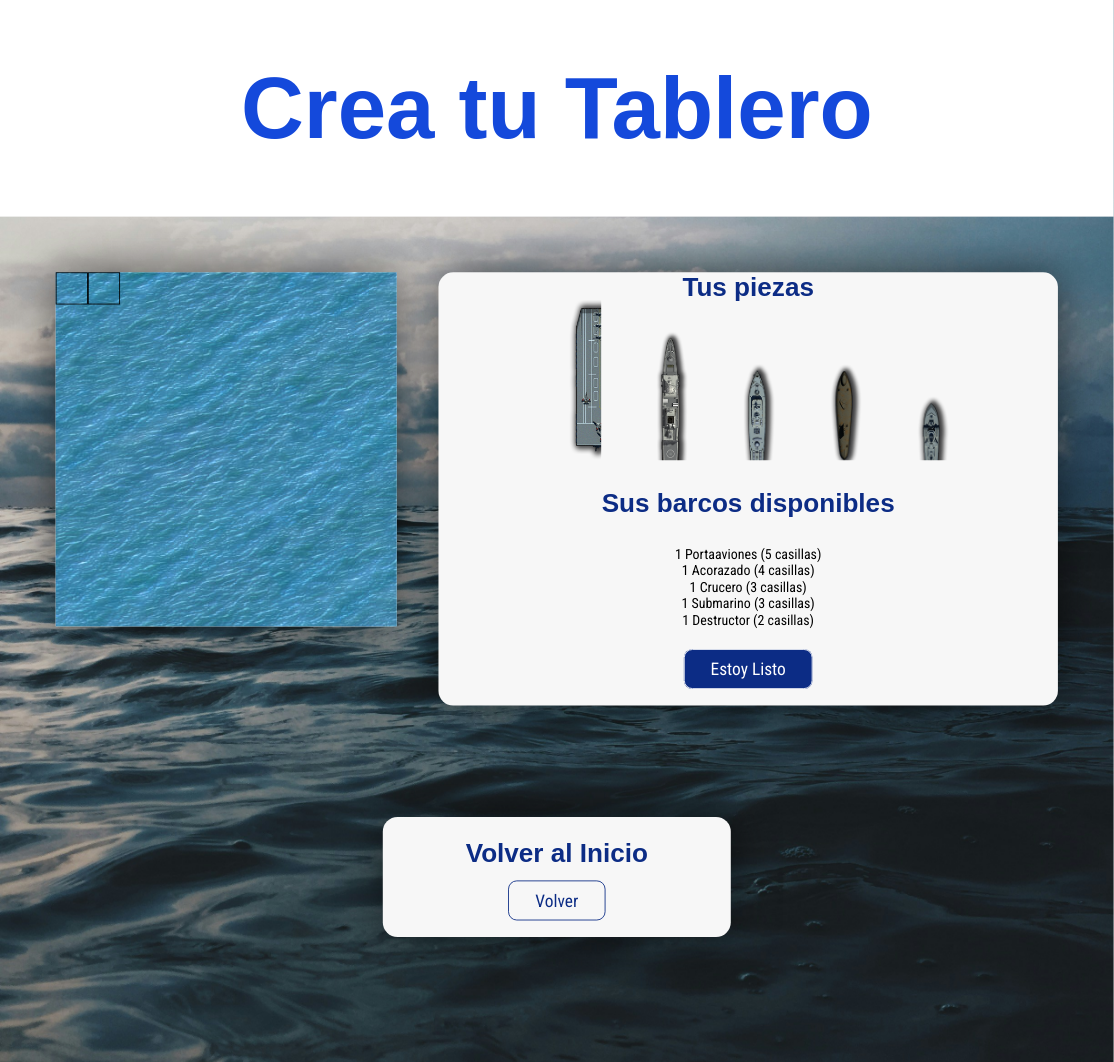
Repository: alfredorndon/taller-web-grupal
Page: client/tablero-barcos.html
An editor plug-in stored every save of this project. The page is shown before and after the next save, followed by the edit.
The browser window is 1280 px wide. The pictures show the whole page, at 87% of full size.
Some web fonts or font styles are not loaded; a fallback is used.

Above is the page before, as saved 2024-12-11 16:03:39.
Console error: ReferenceError: K is not defined

### client/tablero-barcos.html
<!DOCTYPE html>
<html lang="es-VE">
<head>
    <meta charset="UTF-8"/>
    <meta name="viewport" content="width=device-width, initial-scale=1.0"/>
    <meta author="Oscar Manrique"/>
    <meta name="description" content="Este es un juego de Batalla Naval" />
    <meta name="keywords" content="Batalla Naval, juego, taller, semestre" />
    <meta name="robots" content="index,follow" />
    <title>Batalla Naval | Tablero Barcos</title>
    <link rel="icon" href="https://seguropordias.com/img/contenido/barco-famoso-titanic.jpg" type="image/png" size="16x16 32x32 64x64" />
    <link rel="stylesheet" href="styles/styles.css" type="text/css"/>
    <link rel="stylesheet" href="styles/tablero-barcos-styles.css" type="text/css"/>
</head>
<body>
    <div class="main-container">
        <header>
            <div id="crea-tu-tablero"><h1>Crea tu Tablero</h1></div>
        </header>
        <main>
            <section id="creacion">
                <div class="tablero" id="tabla-p1"></div>
                <div id="piezas">
                    <h2>Tus piezas</h2>
                    <div>
                        <div class="pieza-portaavion"></div>
                        <div class="pieza-acorazado"></div>
                        <div class="pieza-crucero"></div>
                        <div class="pieza-submarino"></div>
                        <div class="pieza-destructor"></div>
                    </div>
                    <h2>Sus barcos disponibles</h2>
                    <section id="preparacion">
                        <ul id="lista-barcos">
                            <li id="portaavion">1 Portaaviones (5 casillas)</li>
                            <li id="acorazado">1 Acorazado (4 casillas)</li>
                            <li id="crucero">1 Crucero (3 casillas)</li>
                            <li id="submarino">1 Submarino (3 casillas)</li>
                            <li id="destructor">1 Destructor (2 casillas)</li>
                        </ul>
                        <a href="juego.html">Estoy Listo</a>
                    </section>
                </div>
            </section>
            <section id="volver-inicio">
                <h2>Volver al Inicio</h2>
                <a href="inicio.html">Volver</a>
            </section>
        </main>
    </div>
    <script src="script/script.js" type="text/javascript"></script>
</body>
</html>

### client/styles/styles.css
@import url('https://fonts.googleapis.com/css2?family=Jaro:opsz@6..72&family=Roboto+Condensed:ital,wght@0,100..900;1,100..900&display=swap');

:root {
    --font-family: 'Roboto Condensed', Helvetica, sans-serif;

    --tablero-width: 400px;
    --tablero-height: auto;
    --tablero-padding: 60px;
    --tablero-gap: 0;
    --tablero-columns: 10;
    --tablero-rows: 10;

    --position-bg-color: #F7F7F7;
    --position-header-bg-color: #0C2C85;
    --position-border-color: black;
    --position-border-style: solid;
    --position-border-width: 1px;
    --position-width: 35px;
    --position-height: 35px;
}

.tablero {
    font-family: var(--font-family);
    position: relative;
    display: grid;
    grid-template-columns: repeat(calc(var(--tablero-columns) + 1), 1fr);
    grid-template-rows: repeat(calc(var(--tablero-columns) + 1), 1fr);
    gap: var(--tablero-gap);
    padding-right: 5.5px;
    max-width: var(--tablero-width);
    height: var(--tablero-height);
    background: var(--position-bg-color);
    box-shadow: 0px 0px 50px #0009;
    background:#F7F7F7 url('/taller-web-grupal/images/sea.jpg') 0 0 no-repeat;
    overflow: visible;
}

.tablero-juego{
    padding: 60px;
    background-color: white;
    border-radius: 10px;
}

.tablero-juego h2 {
    top: -10px;
    left: 204px;
    padding:0;
}

.position {
    display: flex;
    border: var(--position-border-width) var(--position-border-style) var(--position-border-color);
    align-items: center;
    justify-content: center;
    width: var(--position-width);
    height: var(--position-height);
    overflow: visible;
    position: relative;
}

.table-head {
    color:white;
    background: var(--position-header-bg-color);
}

.barco-portaaviones {
    background: transparent url('../images/ship0.png') 0 0 no-repeat;
    background-size: cover;
    text-indent: 150%;
    white-space: nowrap;
    overflow: hidden;
}

.barco-portaaviones.tile-2{
    background-position: 0 calc(var(--position-height) * -1);
}
.barco-portaaviones.tile-3{
    background-position: 0 calc(var(--position-height) * -1.1);
}

.barco-portaaviones.tile-4{
    background-position: 0 calc(var(--position-height) * -1.2);
}

.barco-portaaviones.tile-5{
    background-position: 0 calc(var(--position-height) * -1.4);
}
.barco-crucero{
    background: transparent url('/taller-web-grupal/images/ship3.png') 0 0 no-repeat;
    background-size: cover;
    text-indent: 150%;
    white-space: nowrap;
    overflow: hidden;
}

.barco-crucero.tile-2{
    background-position: 0 calc(var(--position-height) * -1);
}

.barco-crucero.tile-3{
    background-position: 0 calc(var(--position-height) * -2.3);
}

.barco-acorazado {
    background: transparent url('/taller-web-grupal/images/ship1.png') 0 0 no-repeat;
    background-size: cover;
    text-indent: 150%;
    white-space: nowrap;
    overflow: hidden;
}

.barco-acorazado.tile-2 {
    background-position: 0 calc(var(--position-height) * -1);
}

.barco-acorazado.tile-3 {
    background-position: 0 calc(var(--position-height) * -2.3);
}

.barco-acorazado.tile-4 {
    background-position: 0 calc(var(--position-height) * -3.4);
}

.barco-submarino{
    background: transparent url('../images/ship4.png') 0 0 no-repeat;
    background-size: cover;
    text-indent: 150%;
    white-space: nowrap;
    overflow: hidden;
}

.barco-submarino.tile-2{
    background-position: 0 calc(var(--position-height) * -1);
}

.barco-submarino.tile-3{
    background-position: 0 calc(var(--position-height) * -2.3);
}

.barco-destructor {
    background: transparent url('../images/ship5.png') 0 0 no-repeat;
    background-size: cover;
    text-indent: 150%;
    white-space: nowrap;
    overflow: hidden;
}

.barco-destructor.tile-2{
    background-position: 0 calc(var(--position-height) * -1);
}

.barco

.horizontal {
    transform: rotate(90deg);
}

.barco-destructor.horizontal{
    transform: rotate(-90deg);
}

.barco-portaaviones.horizontal{
    transform: rotate(-90deg);
}


.hit {
    position: absolute;
    z-index:2;
    width: var(--position-width);
    height: calc(var(--position-height) + 5px);
    background: transparent url('/images/fire-20x20.png') 0 0 no-repeat;
    background-size: auto;
    animation: sprite-animation 1.7s steps(1) infinite;
}

@keyframes sprite-animation {
    0% { background-position: 0 0; }
    3.33% { background-position: -20px 0; }
    6.67% { background-position: -40px 0; }
    10% { background-position: -60px 0; }
    13.33% { background-position: -80px 0; }
    16.67% { background-position: 0 -20px; }
    20% { background-position: -20px -20px; }
    23.33% { background-position: -40px -20px; }
    26.67% { background-position: -60px -20px; }
    30% { background-position: -80px -20px; }
    33.33% { background-position: 0 -40px; }
    36.67% { background-position: -20px -40px; }
    40% { background-position: -40px -40px; }
    43.33% { background-position: -60px -40px; }
    46.67% { background-position: -80px -40px; }
    50% { background-position: 0 -60px; }
    53.33% { background-position: -20px -60px; }
    56.67% { background-position: -40px -60px; }
    60% { background-position: -60px -60px; }
    63.33% { background-position: -80px -60px; }
    66.67% { background-position: 0 -80px; }
    70% { background-position: -20px -80px; }
    73.33% { background-position: -40px -80px; }
    76.67% { background-position: -60px -80px; }
    80% { background-position: -80px -80px; }
    83.33% { background-position: 0 -100px; }
    86.67% { background-position: -20px -100px; }
    90% { background-position: -40px -100px; }
    93.33% { background-position: -60px -100px; }
    96.67% { background-position: -80px -100px; }
    100% { background-position: 0 0; }
}

### client/styles/tablero-barcos-styles.css
@import url('https://fonts.googleapis.com/css2?family=Jaro:opsz@6..72&family=Roboto+Condensed:ital,wght@0,100..900;1,100..900&display=swap');

#crea-tu-tablero {
    font-family: 'Jaro', sans-serif;
    font-size: 50px;
    width: 100%;
    margin:0;
    text-align: center;
    color: #1449DB;
    background-color: white;
}

#piezas, #volver-inicio {
    background-color: #F7F7F7;
    width: 750px;
    text-align: center;
    overflow: hidden;
    box-shadow: 0px 0px 50px #0009;
    border-radius: 17px;
    padding-bottom: 30px;
}

#volver-inicio {
    margin: 80px;
    width: 400px;
}

#creacion {
    display: flex;
    justify-content: center;
    align-items: flex-start;
    gap: 3rem;
}

#piezas ul {
    list-style: none;
    padding:0;
    margin:0;
    margin-bottom: 35px;
}

#piezas a, #volver-inicio a{
    color:#0C2C85;
    text-decoration: none;
    font-size: 20px;
    padding-left: 30px;
    padding-right: 30px;
    padding-top: 10px ;
    padding-bottom: 10px ;
    border: 1px solid;
    border-radius: 10px;
}

#piezas a {
    background-color: #0C2C85;
    color: white;
}

#piezas a:hover, #volver-inicio a:hover {
    color:white;
    text-decoration: none;
    background-color: #68BAFA;
    transition: background-color 0.3s ease, color 0.3s ease;
}

#piezas {
    position: relative;
    height: auto;
    display: flex;
    justify-content: center;
    flex-wrap: wrap;
    gap: 2rem;
    height: auto;
}

#piezas > :nth-child(2){
    position: relative;
    height: 150px;
    width: 750px;
    overflow: visible;
}

#piezas h2 {
    flex-basis: 100%;
    margin: 0;
}

.pieza-portaavion {
    position: absolute;
    background: transparent url('../images/ship0.png') 0 0 no-repeat;
    background-size: cover;
    width: 37px;
    height: 185px;
    display:block;
    bottom: 0;
    left: 150px;
}

.pieza-acorazado {
    position: absolute;
    background: transparent url('../images/ship1.png') 0 0 no-repeat;
    background-size: cover;
    width: 37px;
    height: 148px;
    display:block;
    bottom: 0;
    left: 250px;
}

.pieza-crucero {
    position: absolute;
    background: transparent url('../images/ship3.png') 0 0 no-repeat;
    background-size: cover;
    width: 37px;
    height: 111px;
    display:block;
    bottom: 0;
    left: 350px;
}

.pieza-submarino {
    position: absolute;
    background: transparent url('../images/ship4.png') 0 0 no-repeat;
    background-size: cover;
    width: 37px;
    height: 111px;
    display:block;
    bottom: 0;
    left: 450px;
}

.pieza-destructor {
    position: absolute;
    background: transparent url('../images/ship5.png') 0 0 no-repeat;
    background-size: cover;
    width: 37px;
    height: 74px;
    display:block;
    bottom: 0;
    left: 550px;
}

header {
    display:flex;
    flex-direction: column;
    justify-content: center;
    align-items: center;
}

h2{
    font-family: 'Jaro', sans-serif;
    font-size: 30px;
    color: #0C2C85;
}

p, label, li, a{
    font-family: 'Roboto Condensed', sans-serif;
}

body {
    margin: 0;
    padding: 0;
    background-image: url('../images/mar3.jpg');
    background-size: cover;
    background-position: 30% 40%;
}

main {
    display: flex;
    flex-direction: column;
    align-items: center;
    justify-content: center;
    gap: 3rem;
    margin:4rem;
}

### client/script/script.js
const abecedario = [' ','A','B','C','D','E','F','G','H','I','J'];
const filas = 10;
const columnas = 10;
const jugadores = 1;

function crearTablero ()
{
    for (let j=1; j<=jugadores; j++)
    {
        let tablero = document.getElementById('tabla-p'+j);
        for (let i=0; i<=columnas; i++)
        {
            let header = document.createElement('div');
            header.setAttribute('class', 'position table-head'+i);
            tablero.appendChild(header);
            let celda = document.createElement('div');
            for (let k=1; k<=filas; K++)
            {
                if (i == 0)
                    {
                        celda.setAttribute('class', 'position table-head '+abecedario[k]+i);
                        tablero.appendChild(celda);
                    }
                celda.setAttribute('class', 'position table-cell');
                celda.setAttribute('id', 'p'+j+'-'+abecedario[k]+i);
                tablero.appendChild(celda);
            }
        }
    }
}

crearTablero();

After the next save:
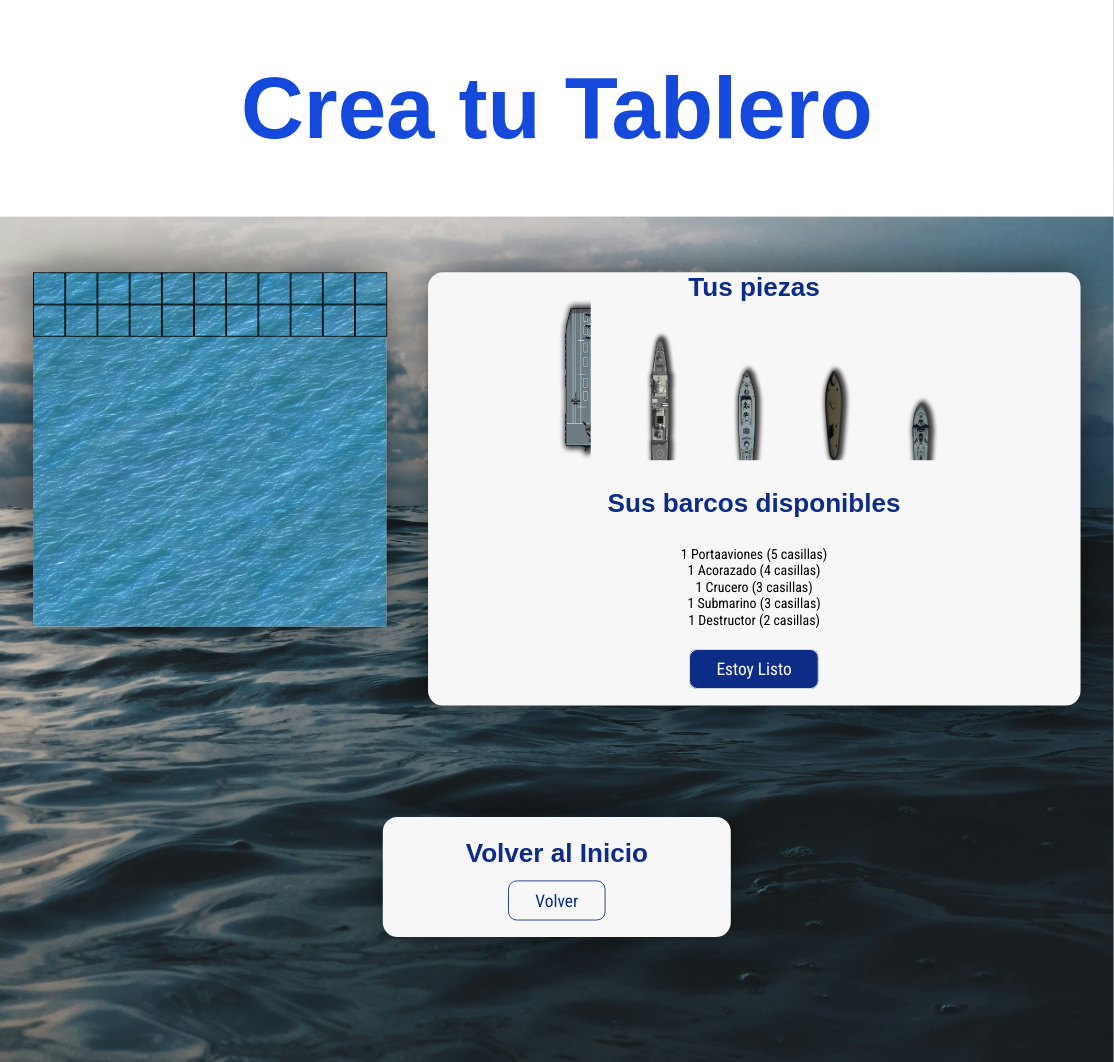
The error is gone.
Saved 5 s later.
--- a/client/script/script.js
+++ b/client/script/script.js
@@ -14,7 +14,7 @@ function crearTablero ()
             header.setAttribute('class', 'position table-head'+i);
             tablero.appendChild(header);
             let celda = document.createElement('div');
-            for (let k=1; k<=filas; K++)
+            for (let k=1; k<=filas; k++)
             {
                 if (i == 0)
                     {
